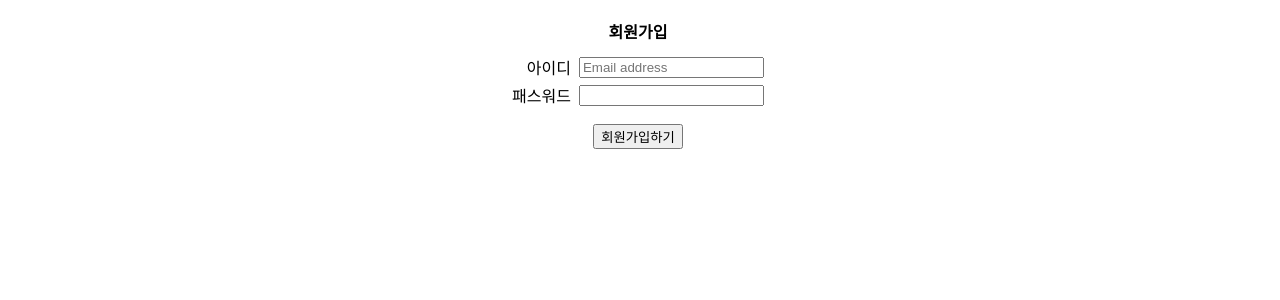
Repository: myungjin2009/SYUBook
Page: http://localhost/Hello2/signup.jsp
The author's editor kept a copy of each file at every save. The page is drawn from the files as they stood at one save, then again after the next save.
The browser window is 1280 px wide. The pictures show the whole page.
The page is served by Tomcat 9. Nobody is signed in. The application's start-up code is not run. Other server files are loaded and not shown.

Above is the page before, as saved 2021-05-20 13:44:31.

### Hello2/WebContent/signup.jsp
<%@ page language="java" contentType="text/html; charset=EUC-KR"
    pageEncoding="EUC-KR"%>
<!DOCTYPE html>
<html>
<head>
<meta charset="EUC-KR">
<title>Insert title here</title>
</head>
<body>
	<form action="signup.jsp" method="post">
		<table align=center>
		<tr>
			<td colspan=2 align=center height=40><b>회원가입</b><td>
		</tr>
		<tr>
			<td align=right>아이디&nbsp;</td>
			<td><input type="text" name="id" placeholder="Email address" required></td>
		</tr>
		<tr>
			<td align=right>패스워드&nbsp;</td>
			<td><input type="password" name="ps" required></td>
		</tr>
		<tr>
			<td colspan=2 align=center height=50>
			<input type="submit" value="회원가입하기">
			</td>
		</tr>
		</table>
	</form>
</body>
</html>

After the next save:
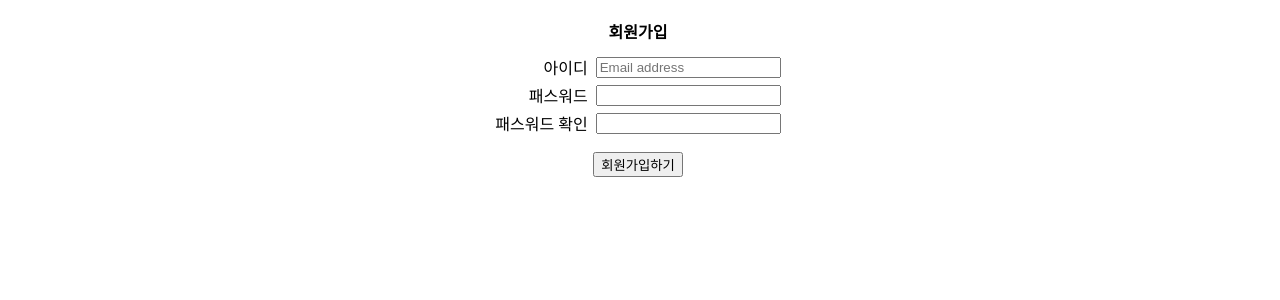
Saved 25 s later.
--- a/Hello2/WebContent/signup.jsp
+++ b/Hello2/WebContent/signup.jsp
@@ -21,6 +21,10 @@
 			<td><input type="password" name="ps" required></td>
 		</tr>
 		<tr>
+			<td align=right>패스워드 확인&nbsp;</td>
+			<td><input type="password" name="ps2" required></td>
+		</tr>
+		<tr>
 			<td colspan=2 align=center height=50>
 			<input type="submit" value="회원가입하기">
 			</td>
